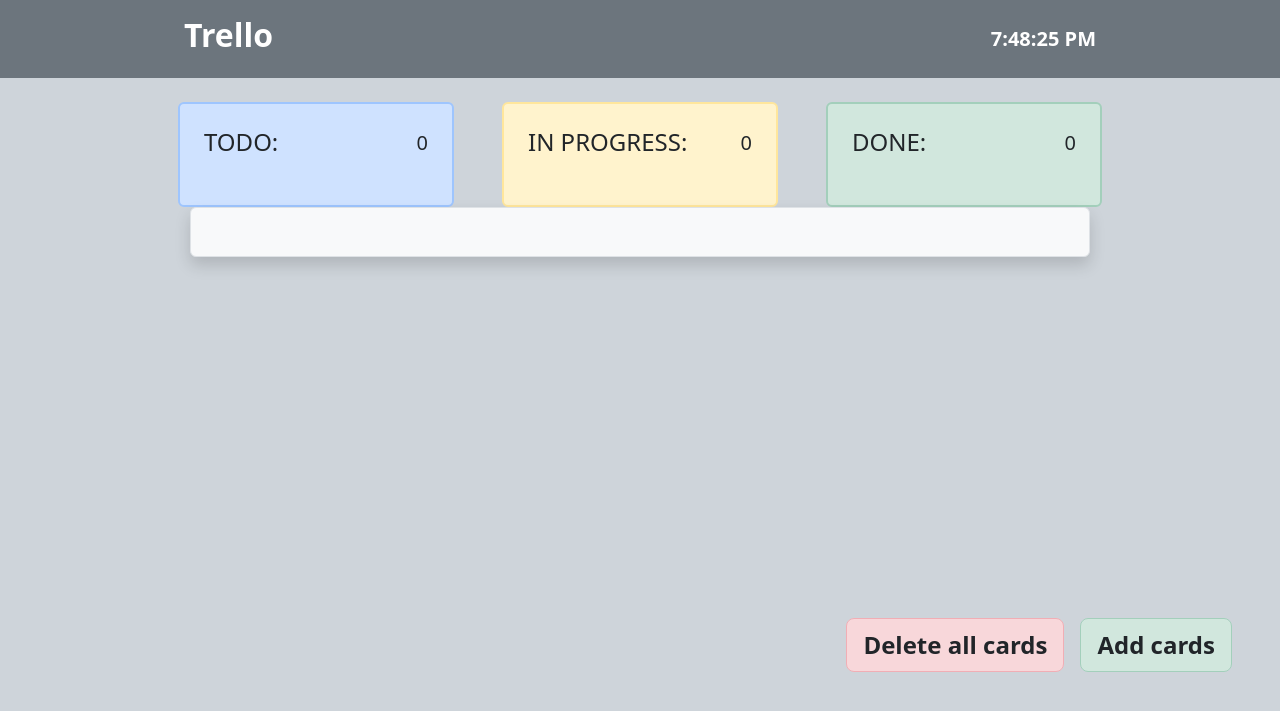
Repository: Valeria154/trello-app-clone
Page: / (app in trello-app-project/)
An editor plug-in stored every save of this project. The page is shown before and after the next save, followed by the edit.
The browser window is 1280 px wide. The pictures show the whole page.
The project was rebuilt for these pictures with package versions that can differ from the ones it lists, and the page was loaded fresh each time. Also part of the build but not shown: trello-app-project/vite.config.js.

Above is the page before, as saved 2025-03-15 20:42:11.

After the next save:
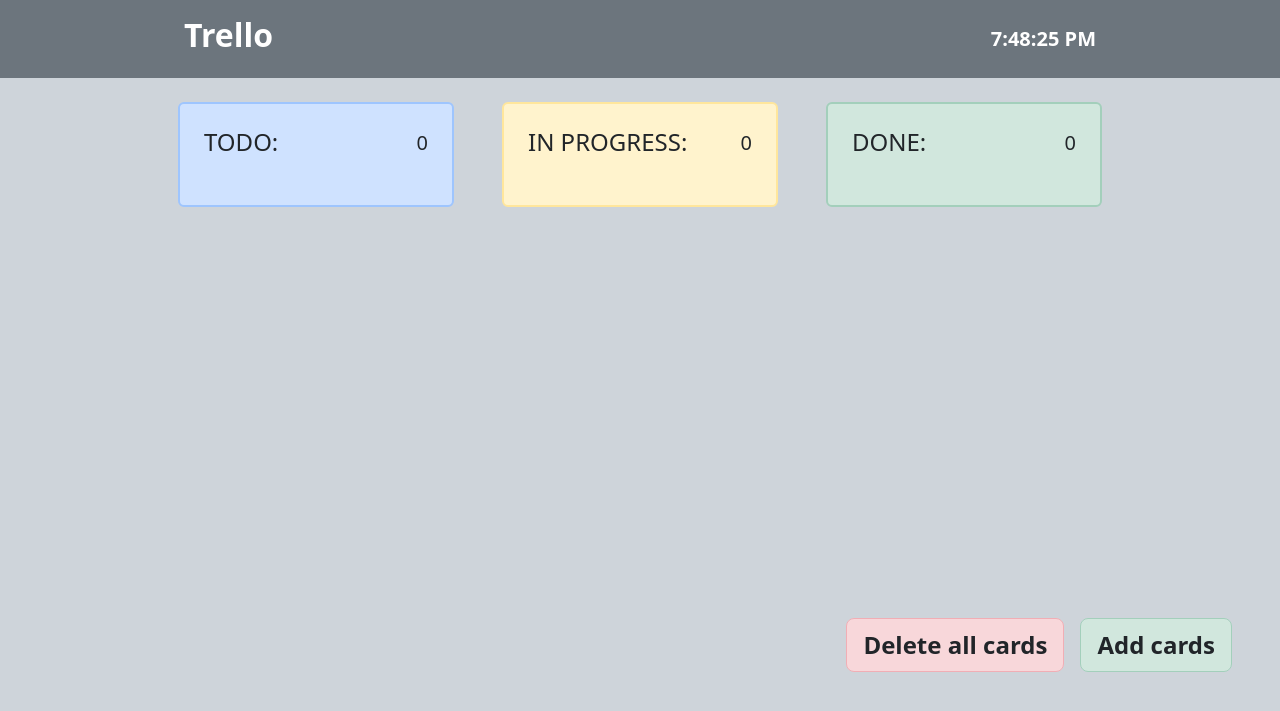
Saved 86 s later.
--- a/trello-app-project/src/index.html
+++ b/trello-app-project/src/index.html
@@ -53,7 +53,7 @@
 			</div>
 			<!-- Modal form -->
 			<div id="modalFormContainer"
-				class="d-flex justify-content-center align-items-center position-relative w-100 mw-50 p-4 bg-light border rounded shadow">
+				class="d-flex justify-content-center align-items-center position-absolute top-50 start-50 translate-middle w-100 p-4">
 				<!-- <form class="p-4 border rounded bg-light text-start fw-semibold w-50 position-relative">
 					<div class="mb-3">
 						<label for="titile" class="form-label fs-5">Title</label>
